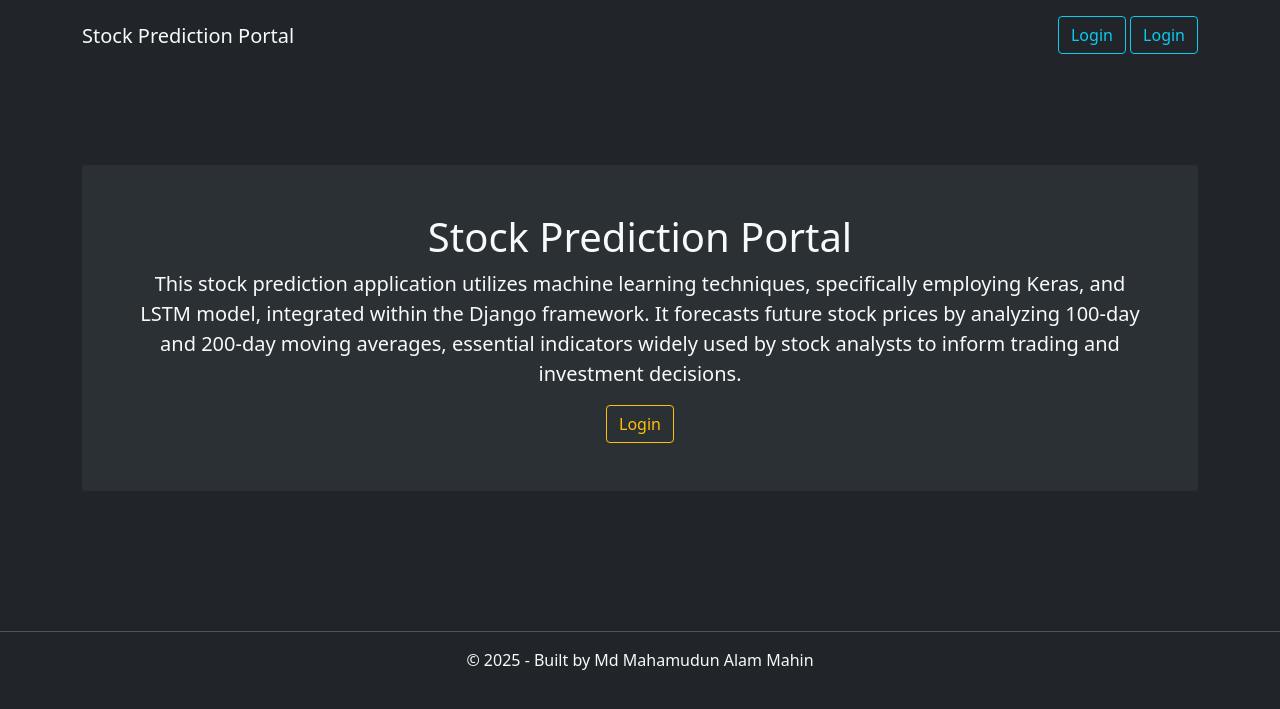
Repository: killerTiger10/stock-prediction-portal
Page: / (app in frontend-react/)
These files come from the project's save history. The page is drawn as it stood at one moment and after the next save; the edit follows.
The browser window is 1280 px wide. The pictures show the whole page.
The project was rebuilt for these pictures with package versions that can differ from the ones it lists, and the page was loaded fresh each time. Also part of the build but not shown: frontend-react/vite.config.js.

Above is the page before, as saved 2025-06-14 00:24:22.

After the next save:
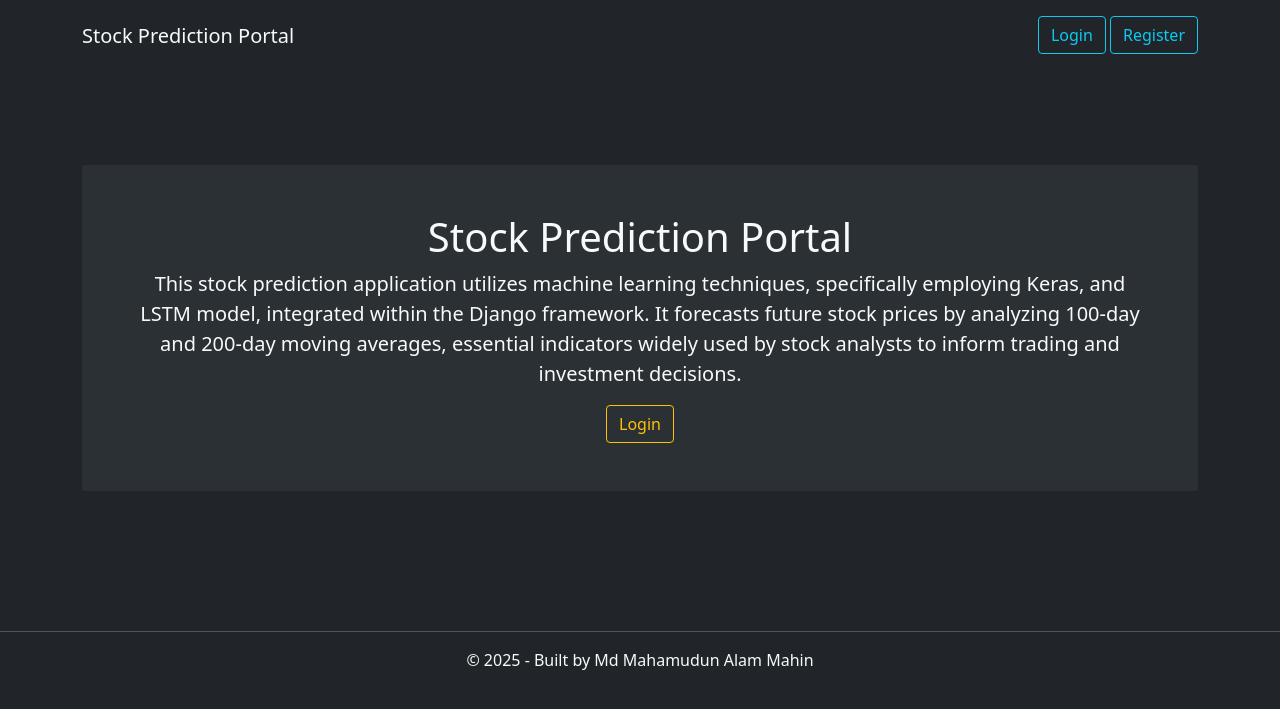
Saved 15 s later.
--- a/frontend-react/src/components/Button.jsx
+++ b/frontend-react/src/components/Button.jsx
@@ -1,10 +1,10 @@
 import React from "react";
 
-const Button = () => {
+const Button = (props) => {
   return (
     <>
       <a href="" className="btn btn-outline-info">
-        Login
+        {props.text}
       </a>
     </>
   );
